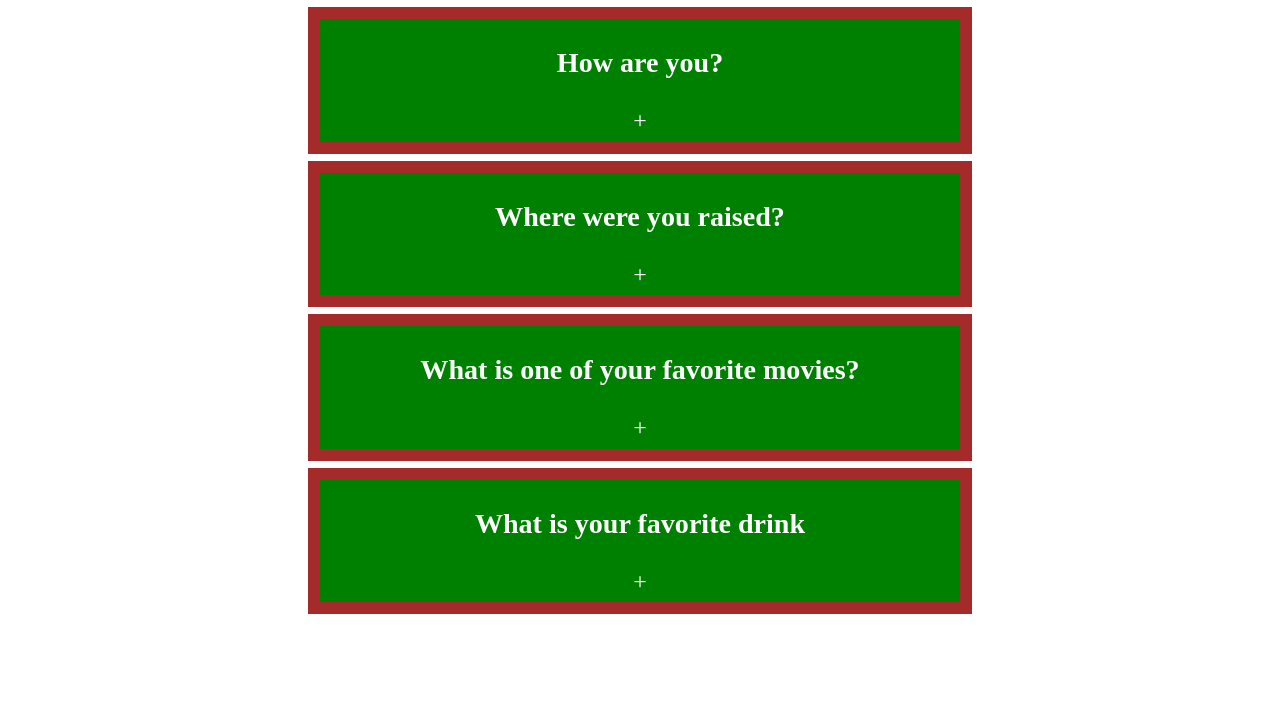
Repository: kosenijr/react-projects
Page: / (app in accordion/)
These files come from the project's save history. The page is drawn as it stood at one moment and after the next save; the edit follows.
The browser window is 1280 px wide. The pictures show the whole page.
The project was rebuilt for these pictures with package versions that can differ from the ones it lists, and the page was loaded fresh each time.

Above is the page before, as saved 2024-03-02 22:44:01.

### accordion/src/App.js
import React from "react";
import "./App.css";
import Accordion from "./components/Accordion";

function App() {
  return (
    <div className="App">
      <Accordion />
    </div>
  );
}

export default App;

### accordion/src/components/Accordion.js
import React, { useState } from "react";
import "../styles/Accordion.css";
import data from "../data";

function Accordion() {
  // setting up useState
  const [selected, setSelected] = useState(null);
  // setting up handling
  const handleSingleSelection = (getCurrentId) => {
    console.log(selected, getCurrentId);
    // setSelected(getCurrentId === selected ? null : getCurrentId); // keep add condition for closure
    setSelected(selected !== getCurrentId ? getCurrentId : null)
  };

  return (
    <div className="wrapper">
      {/* single selection accordion */}
      <div className="accordion">
        {data && data.length > 0 ? (
          data.map((dataItem) => (
            <div className="item" key={dataItem.id}>
              {" "}
              {/* always remember to add key */}
              <div
                className="title"
                onClick={() => handleSingleSelection(dataItem.id)}
              >
                <h3>{dataItem.question}</h3>
                <span>+</span>
              </div>
              {selected === dataItem.id ? (
                <div className="content ">{dataItem.answer}</div>
              ) : null}
            </div>
          ))
        ) : (
          <div>No data found!</div>
        )}
      </div>
    </div>
  );
}

export default Accordion;

### accordion/src/styles/Accordion.css
.wrapper {
  height: 100vh;
  width: 100vw
}
.accordion {
  color: white;
}

.item {
  background-color: green;
  font-size: 1.5em;
  font-family: "Raleway", "Times New Roman";
  margin: 1vh auto;
  padding-bottom: 1vh;
  width: 50vw;
  border: 0.5em solid brown
}

.content {
  font-size: 1.2em;
  font-family:  "Raleway", "Times New Roman";
  font-weight: 700;
}

### accordion/src/data.js
const data = [
  {
    id: 1,
    question: "How are you?",
    answer: "I am well!",
  },

  {
    id: 2,
    question: "Where were you raised?",
    answer: "I was raised in Queens.",
  },

  {
    id: 3,
    question: "What is one of your favorite movies?",
    answer: "Harlem Nights",
  },

  {
    id: 4,
    question: "What is your favorite drink",
    answer: "Water",
  },
];

export default data;

Loaded but not shown: accordion/public/index.html (common file); accordion/src/index.js (common file); accordion/src/index.css (common file); accordion/src/reportWebVitals.js (common file); accordion/src/App.css (common file)

After the next save:
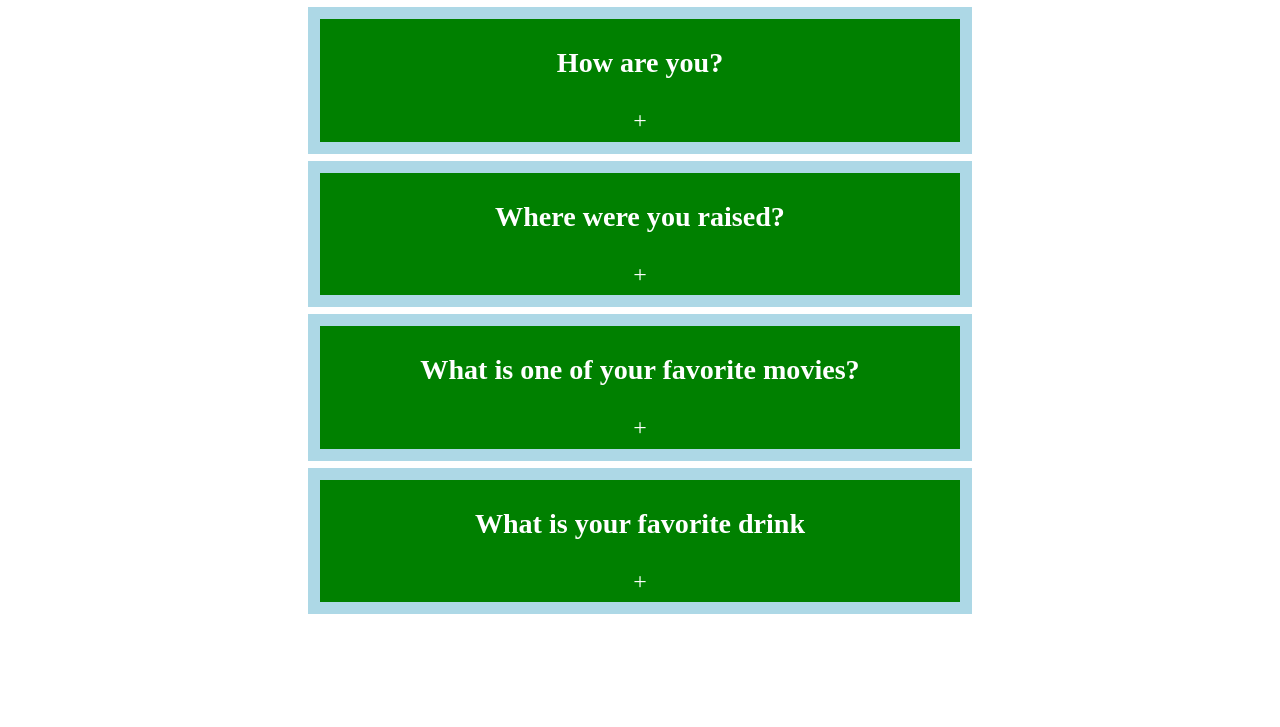
Saved 6 s later.
--- a/accordion/src/styles/Accordion.css
+++ b/accordion/src/styles/Accordion.css
@@ -13,7 +13,7 @@
   margin: 1vh auto;
   padding-bottom: 1vh;
   width: 50vw;
-  border: 0.5em solid brown
+  border: 0.5em solid lightblue
 }
 
 .content {
